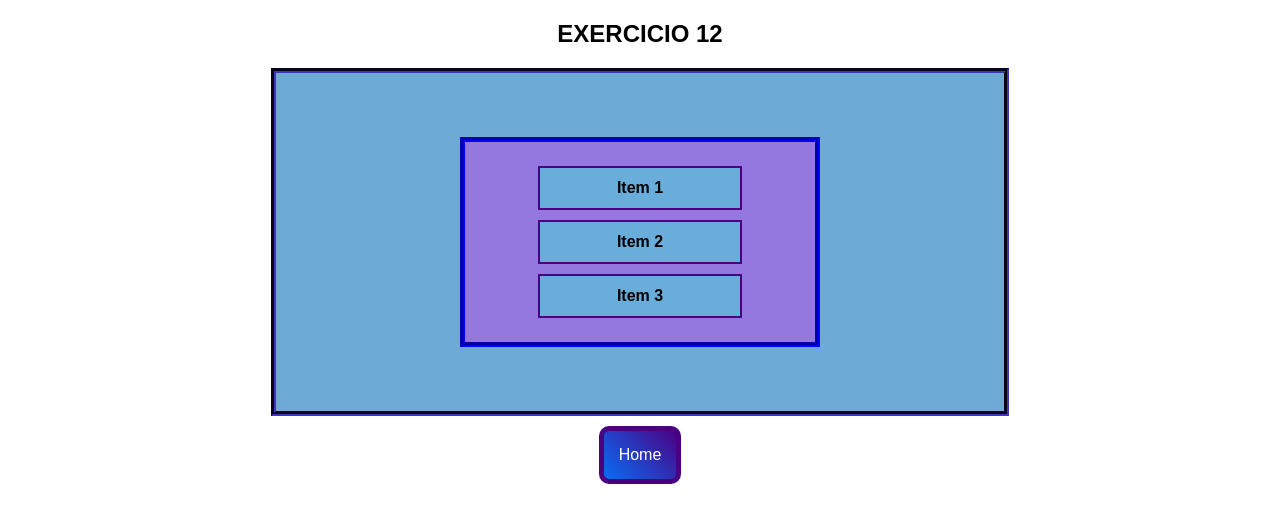
Repository: Elianmrey/TP1-Mobile-First
Page: EXERCISES/EX_12/index.html
An editor plug-in stored every save of this project. The page is shown before and after the next save, followed by the edit.
The browser window is 1280 px wide. The pictures show the whole page.

Above is the page before, as saved 2024-08-05 14:15:40.

After the next save:
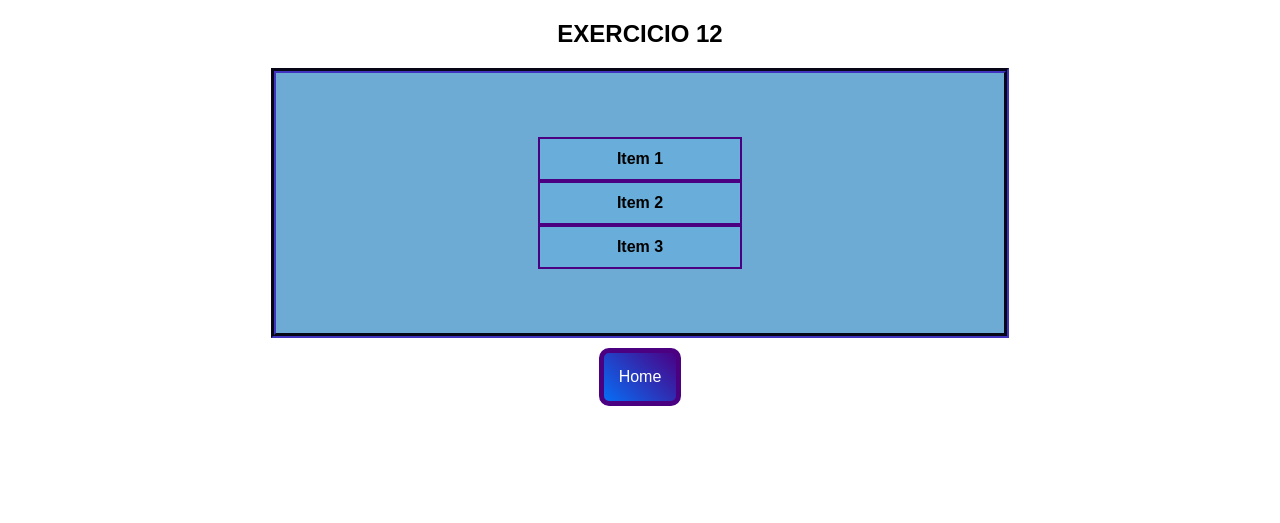
Saved 37 s later.
--- a/EXERCISES/EX_12/style.css
+++ b/EXERCISES/EX_12/style.css
@@ -23,7 +23,7 @@ align-items:center;
   width: 600px;
   background-color: rgb(109, 171, 212);
 }
-.container-horizontais
+.container-central
 {
   display: flex;
   flex-direction: column;

After the save that followed:
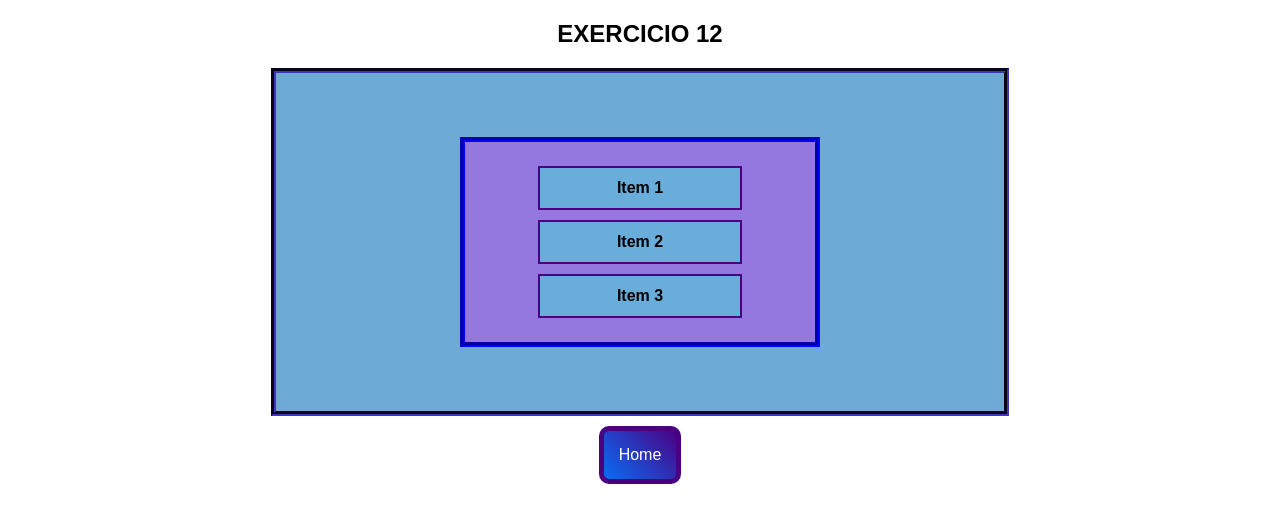
Saved 8 s later.
--- a/EXERCISES/EX_12/index.html
+++ b/EXERCISES/EX_12/index.html
@@ -15,7 +15,7 @@
 
   <div class="container-principal">
 
-    <div class="container-horizontais">
+    <div class="container-central">
 
   <div class="item">Item 1</div>
   <div class="item">Item 2</div>
